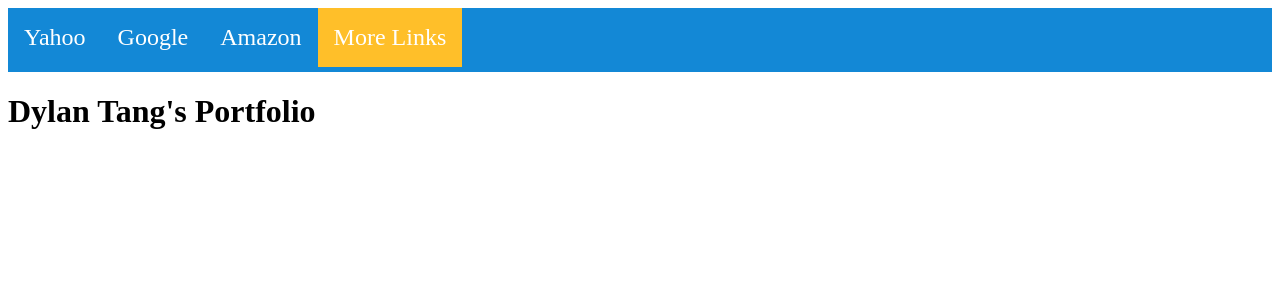
Repository: TangDylan/TangDylan.github.io
Page: index.html
The author's editor kept a record of every edit. The page is drawn from the files as they stood at one moment, then again after the next edit.
The browser window is 1280 px wide. The pictures show the whole page.

Above is the page before.

After the next edit:
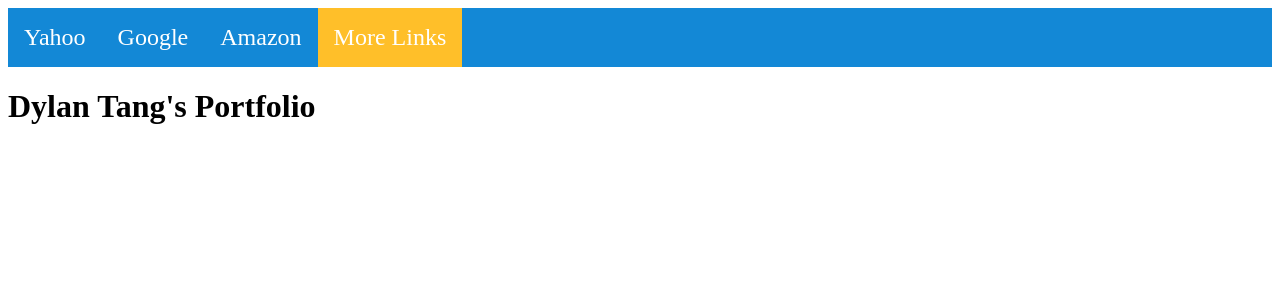
The edit:
--- a/index.html
+++ b/index.html
@@ -8,7 +8,7 @@
      .navbar{
         background-color:#1388d6;
         width: 100%;
-        height: 64px;
+        height: 59px;
       }
 
      .navbar a, .morelinks {
